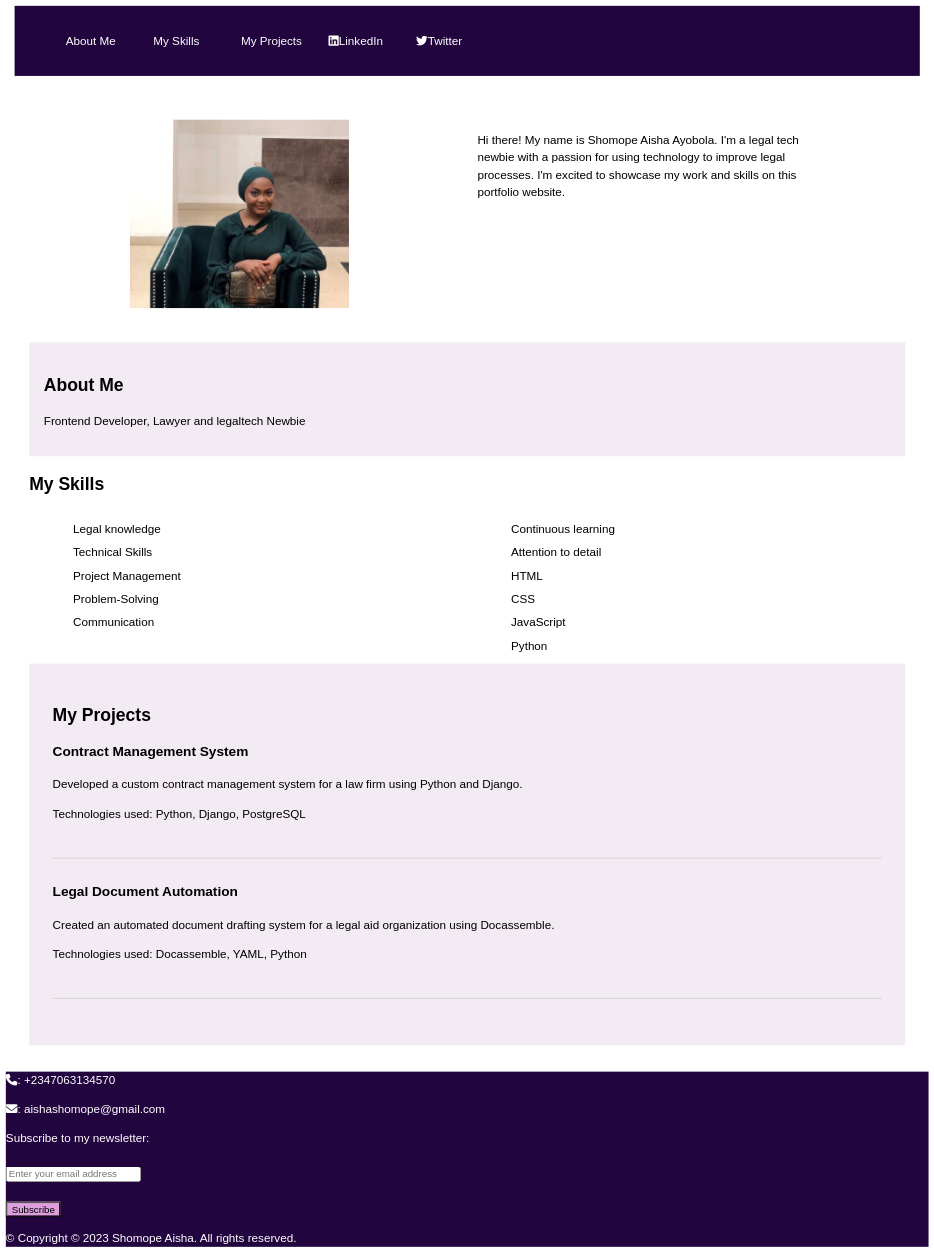
Repository: Iyewande/AishasPortfolio
Page: Index.html
These files come from the project's save history. The page is drawn as it stood at one moment and after the next save; the edit follows.
The browser window is 1280 px wide. The pictures show the whole page, at 73% of full size.
Some web libraries are served in a nearby version.

Above is the page before, as saved 2023-05-04 22:35:35.

After the next save:
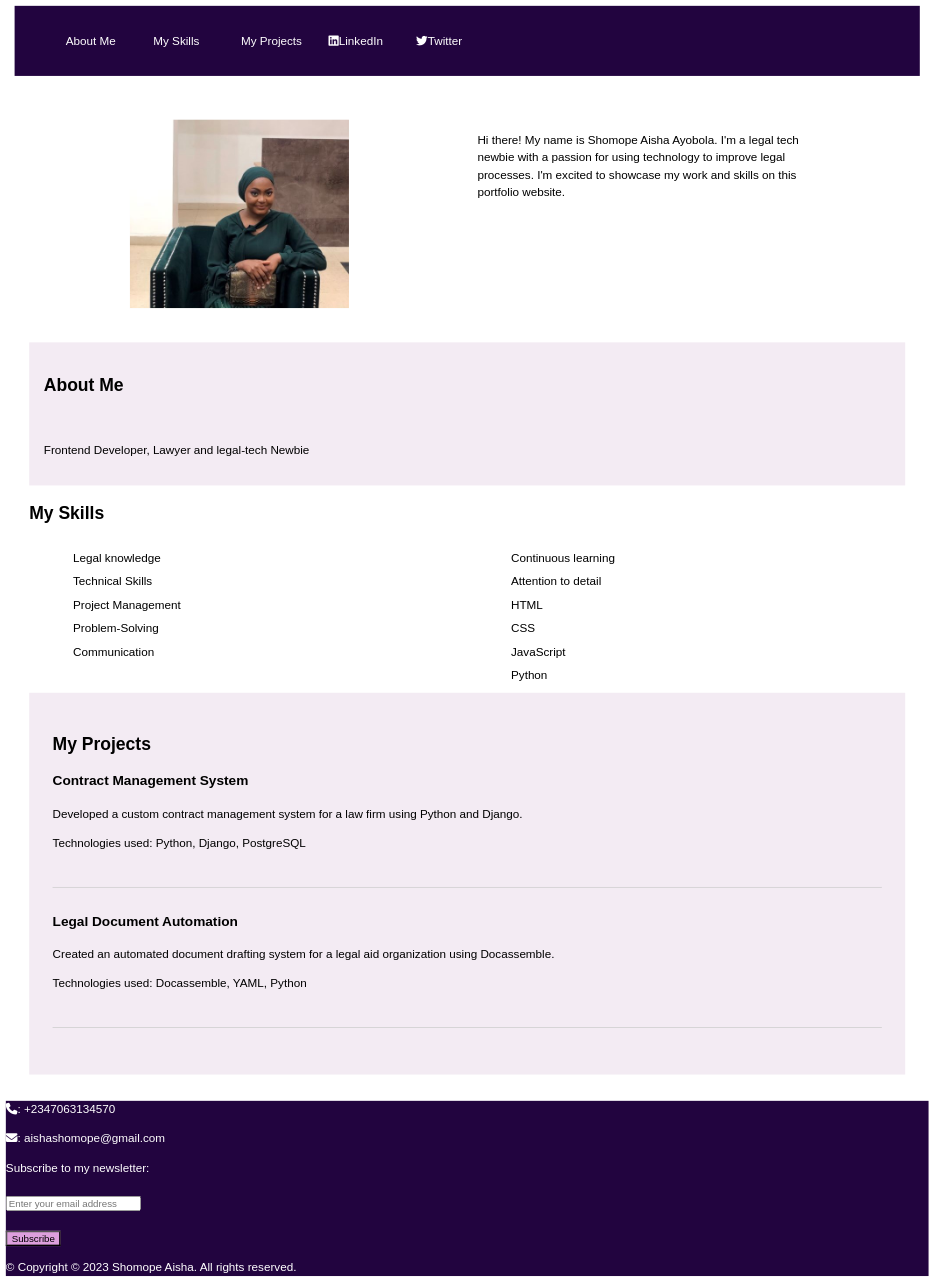
Saved 5 min 23 s later.
--- a/Index.html
+++ b/Index.html
@@ -43,10 +43,12 @@
                 <div id="aboutMe">
                     <h2>About Me</h2>
                 </div>
-                <div></div>
+                <div>
+                    <img src="" alt="">
+                </div>
                 <div id="paragraph">
                     <p>
-                        Frontend Developer, Lawyer and legaltech Newbie
+                        Frontend Developer, Lawyer and legal-tech Newbie
                     </p>
                 </div>
 
